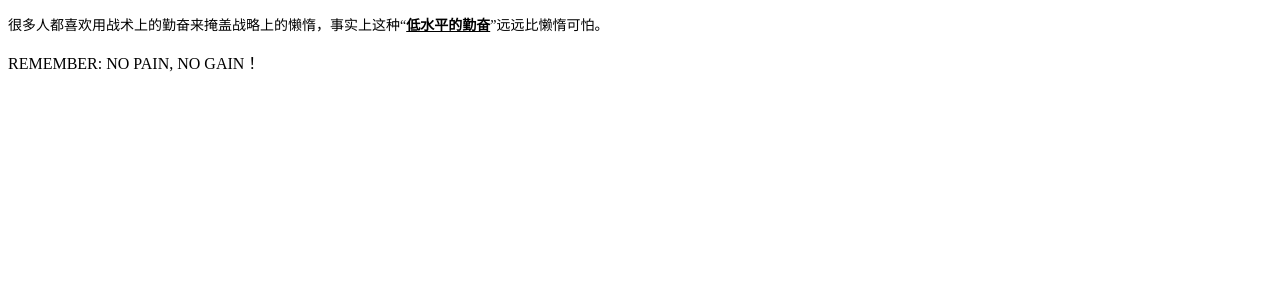
Repository: SharkPem/WebLearn
Page: learn_html_css_1/practise_14.html
These files come from the project's save history. The page is drawn as it stood at one moment and after the next save; the edit follows.
The browser window is 1280 px wide. The pictures show the whole page.

Above is the page before, as saved 2022-03-29 09:33:00.

After the next save:
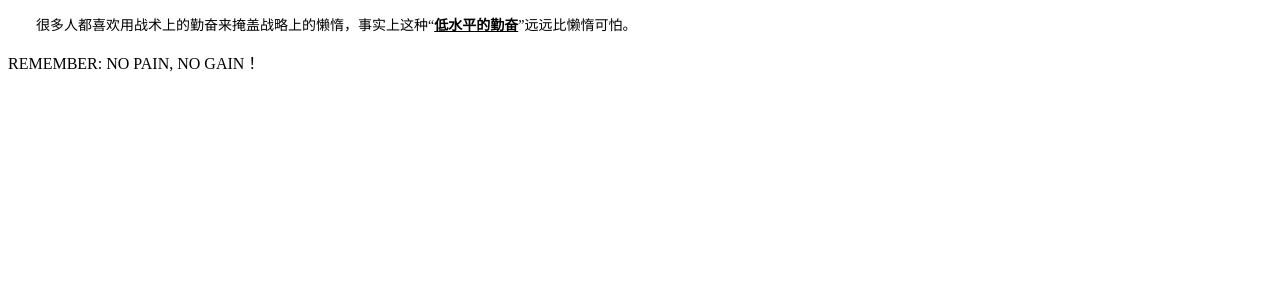
Saved 21 s later.
--- a/learn_html_css_1/practise_14.html
+++ b/learn_html_css_1/practise_14.html
@@ -7,7 +7,7 @@
     <style type="text/css">
         #one{
             font-size: 14px;
-            text-align: 28px;
+            text-indent: 28px;
         }
         #two{
             font-weight: bold;
